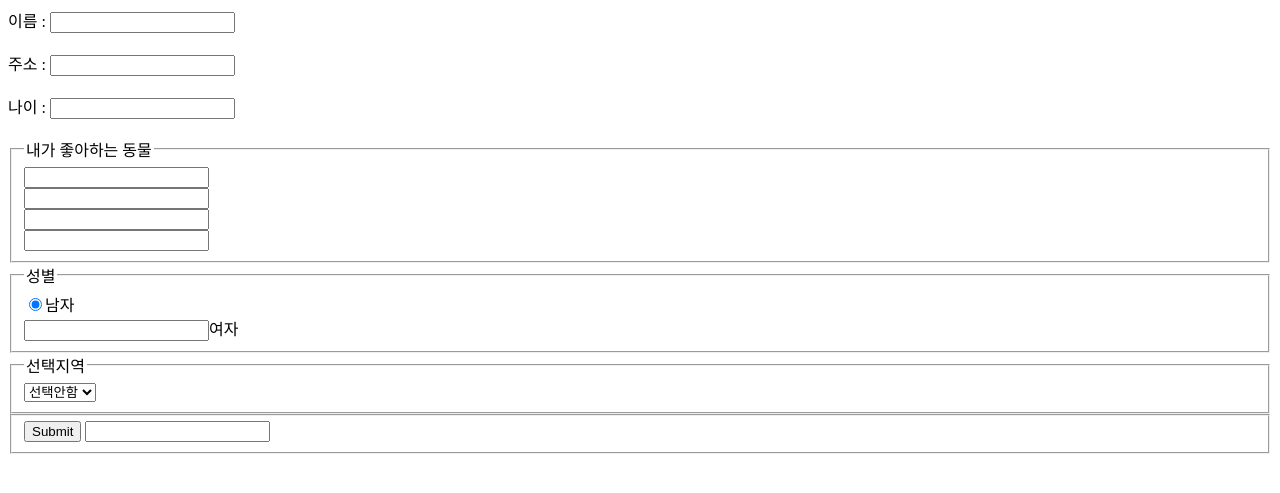
Repository: Rua1006/JSP
Page: practice01/WebContent/input.html
An editor plug-in stored every save of this project. The page is shown before and after the next save, followed by the edit.
The browser window is 1280 px wide. The pictures show the whole page.

Above is the page before, as saved 2022-10-17 07:12:41.

After the next save:
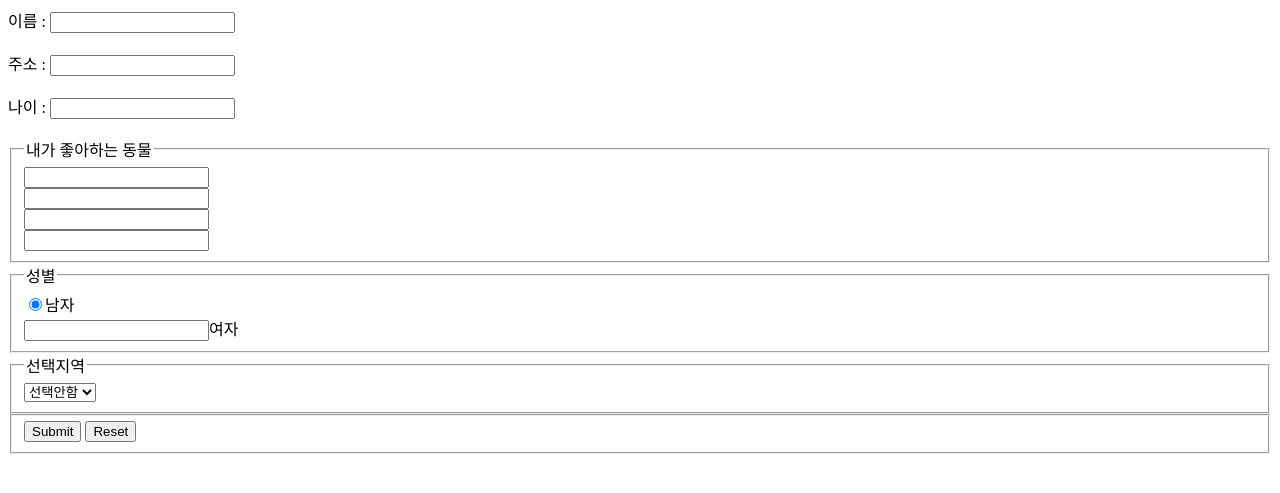
Saved 25 s later.
--- a/practice01/WebContent/input.html
+++ b/practice01/WebContent/input.html
@@ -33,7 +33,7 @@
 	</fieldset>
 	<fieldset>
 		<input type="submit" name="" >
-		<input>
+		<input type="reset" name="">
 	</fieldset>
 </form>
 </body>
